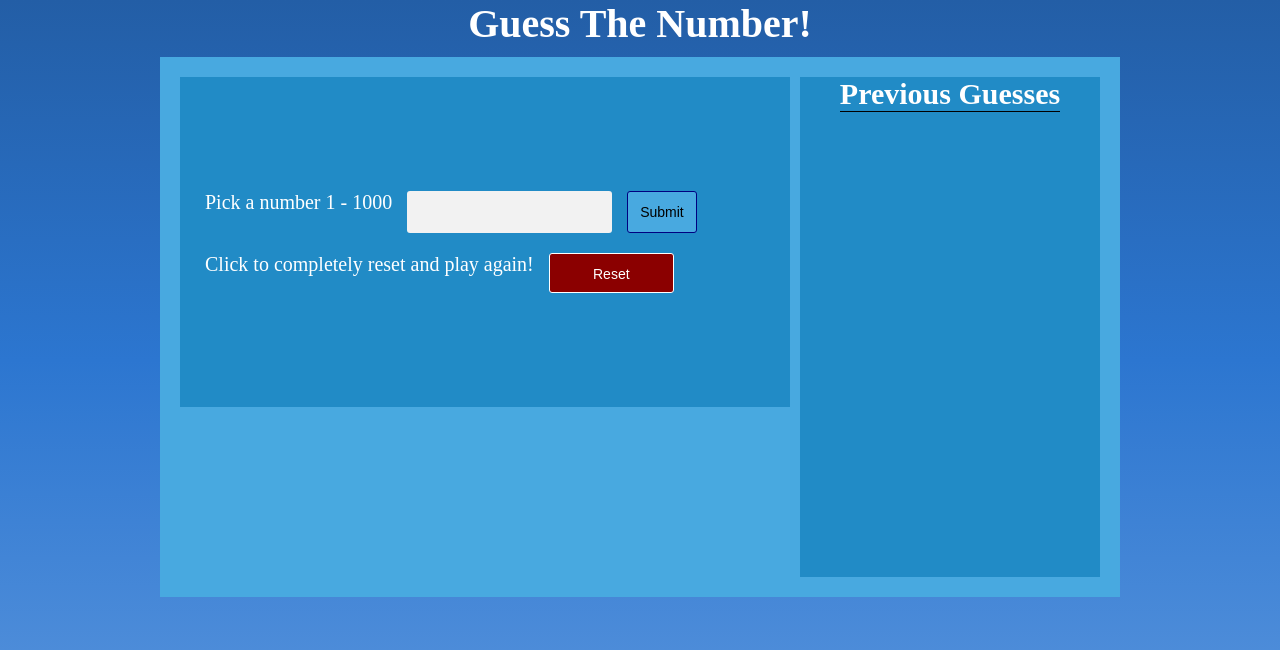
Repository: mlmEFSC21/P15-Modified-Guessing-Game
Page: guess.html
An editor plug-in stored every save of this project. The page is shown before and after the next save, followed by the edit.
The browser window is 1280 px wide. The pictures show the whole page.

Above is the page before, as saved 2022-03-23 14:11:24.

After the next save:
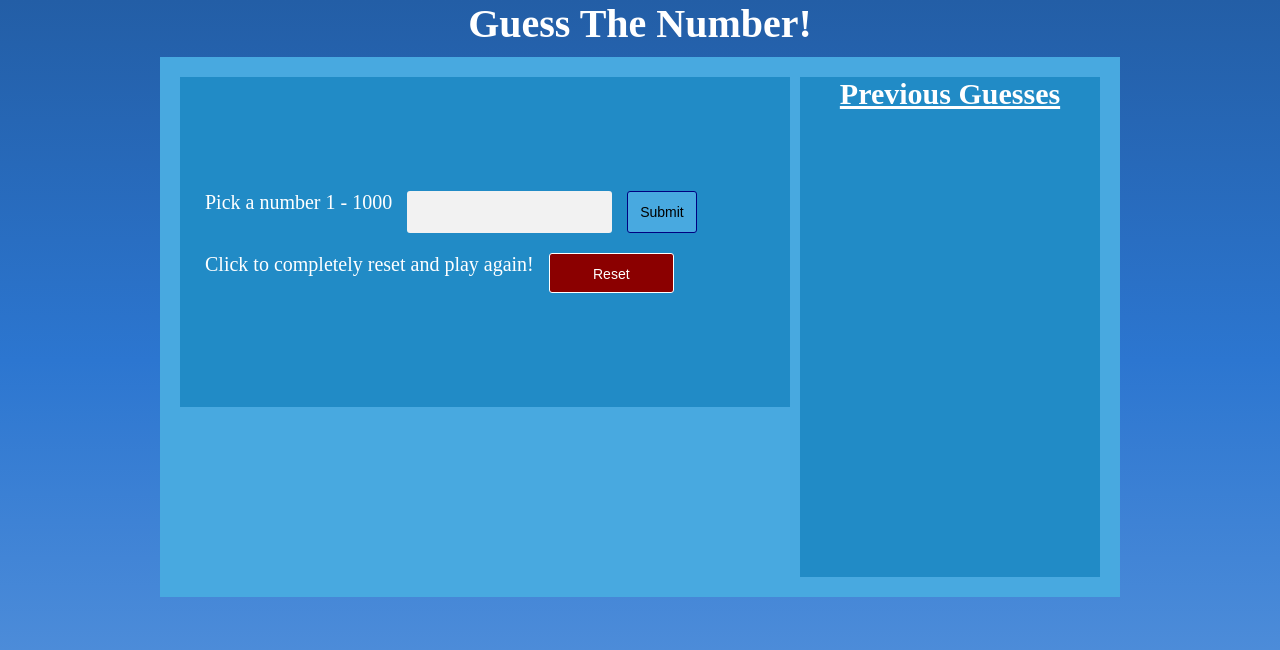
Saved 66 s later.
--- a/guess.css
+++ b/guess.css
@@ -85,7 +85,7 @@ button {
     font-size: 14px;
 }
 h2 {
-    border-bottom: 1px solid black;
+    text-decoration: underline;
 }
 .submitBtn {
     background: var(--clr-secondary);
